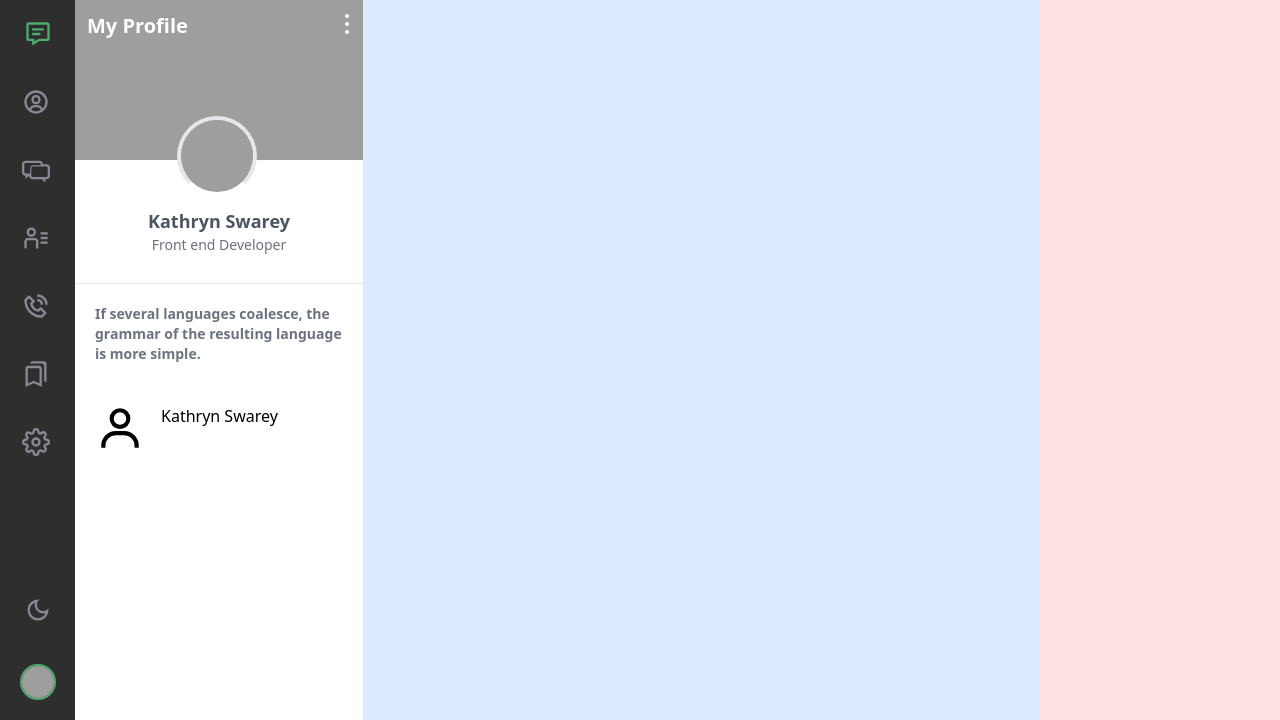
Repository: satya-ranjon/Chat-app
Page: /
These files come from the project's save history. The page is drawn as it stood at one moment and after the next save; the edit follows.
The browser window is 1280 px wide. The pictures show the whole page.
Pictures or frames that could not be fetched are drawn as grey boxes. The project was rebuilt for these pictures with package versions that can differ from the ones it lists, and the page was loaded fresh each time.

Above is the page before, as saved 2022-03-31 04:12:24.

After the next save:
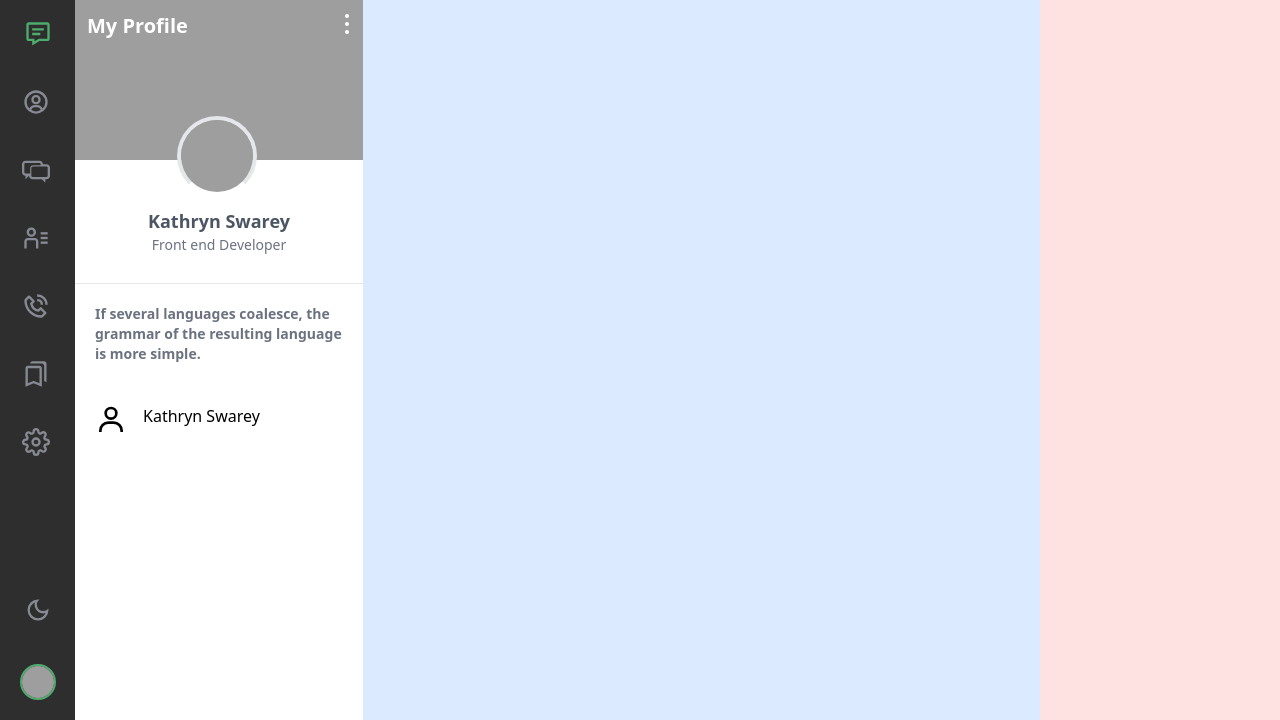
Saved 4 s later.
--- a/src/components/MyProfile/ProfileInfo.jsx
+++ b/src/components/MyProfile/ProfileInfo.jsx
@@ -10,7 +10,7 @@ export default function ProfileInfo() {
       </p>
       <div className="flex p-5 flex-col">
         <div className="flex space-x-4 ">
-          <BiUser size="50" />
+          <BiUser size="32" />
           <p>Kathryn Swarey</p>
         </div>
       </div>
